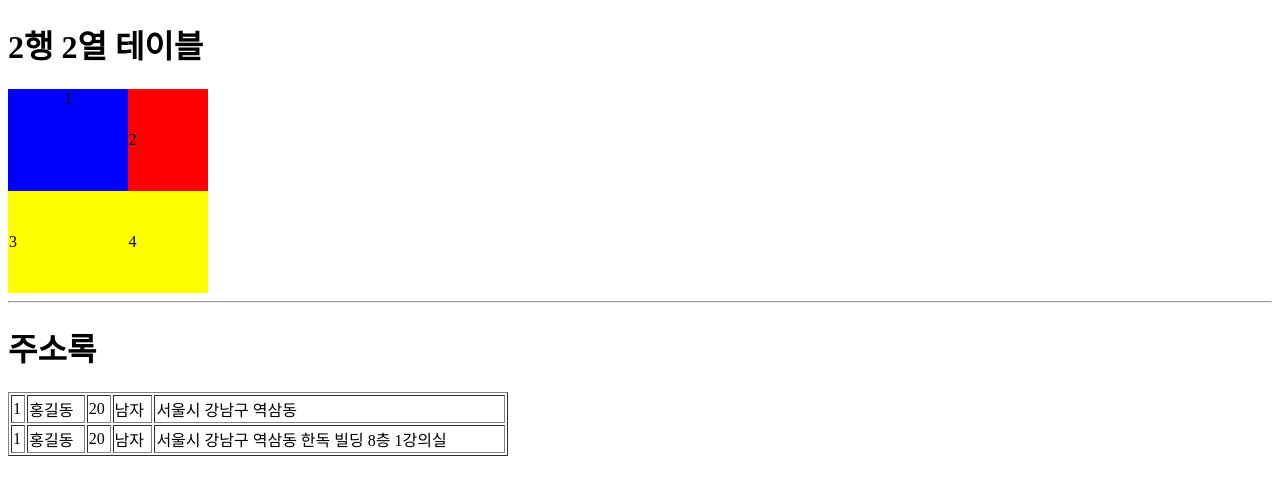
Repository: Chun0903/classStudy_github.io
Page: client/ClientTest/WebContent/ex13_table.html
An editor plug-in stored every save of this project. The page is shown before and after the next save, followed by the edit.
The browser window is 1280 px wide. The pictures show the whole page.

Above is the page before, as saved 2020-06-19 07:30:38.

### client/ClientTest/WebContent/ex13_table.html
<!DOCTYPE html>
<html>
<head>
<meta charset="UTF-8">
<title>Insert title here</title>
</head>
<body>

	<!--

		<table>, 표
		- 표 만들 떄 사용
		- 레이아웃 만들 때 사용 -> 잘 안씀 -> <div> + CSS 사용

		1. <table>
			- 큰상자
			- 전체 컨테이너
		2. <tr>
			- 중간 상자
			- 행 역할
		3. <td>
			- 작은상자
			- 셀 역할
			- 테이블의 데이터는 <td>가 가진다.
	-->

	<h1>2행 2열 테이블</h1>

	<table border="0" width="200" height="200" bgcolor="yellow" cellspacing="0">
		<tr bgcolor="red">
			<td width="120" height="100" bgcolor ="blue" align="center" valign="top">1</td>
			<td width="80">2</td>
		</tr>
		<tr>
			<td height="100">3</td>
			<td>4</td>
		</tr>
	</table>

	<hr>

	<h1>주소록</h1>

	<table border="1" width="500">
		<tr>
			<td>1</td>
			<td>홍길동</td>
			<td>20</td>
			<td>남자</td>
			<td>서울시 강남구 역삼동</td>
		</tr>
		<tr>
			<td>1</td>
			<td>홍길동</td>
			<td>20</td>
			<td>남자</td>
			<td>서울시 강남구 역삼동 한독 빌딩 8층 1강의실</td>
		</tr>
	</table>



</body>
</html>

After the next save:
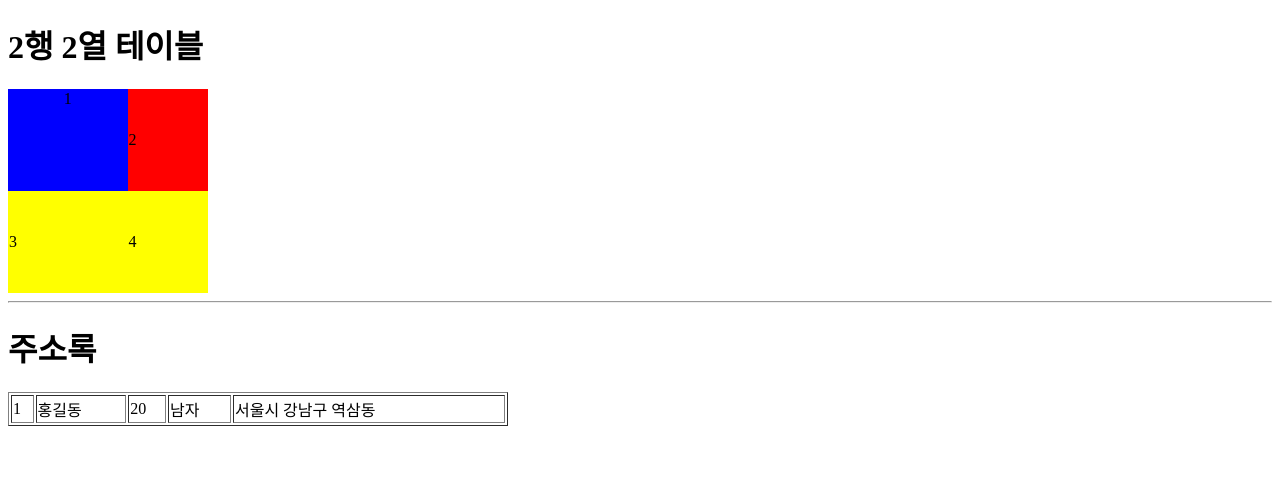
Saved 10 s later.
--- a/client/ClientTest/WebContent/ex13_table.html
+++ b/client/ClientTest/WebContent/ex13_table.html
@@ -49,13 +49,7 @@
 			<td>남자</td>
 			<td>서울시 강남구 역삼동</td>
 		</tr>
-		<tr>
-			<td>1</td>
-			<td>홍길동</td>
-			<td>20</td>
-			<td>남자</td>
-			<td>서울시 강남구 역삼동 한독 빌딩 8층 1강의실</td>
-		</tr>
+
 	</table>
 
 
